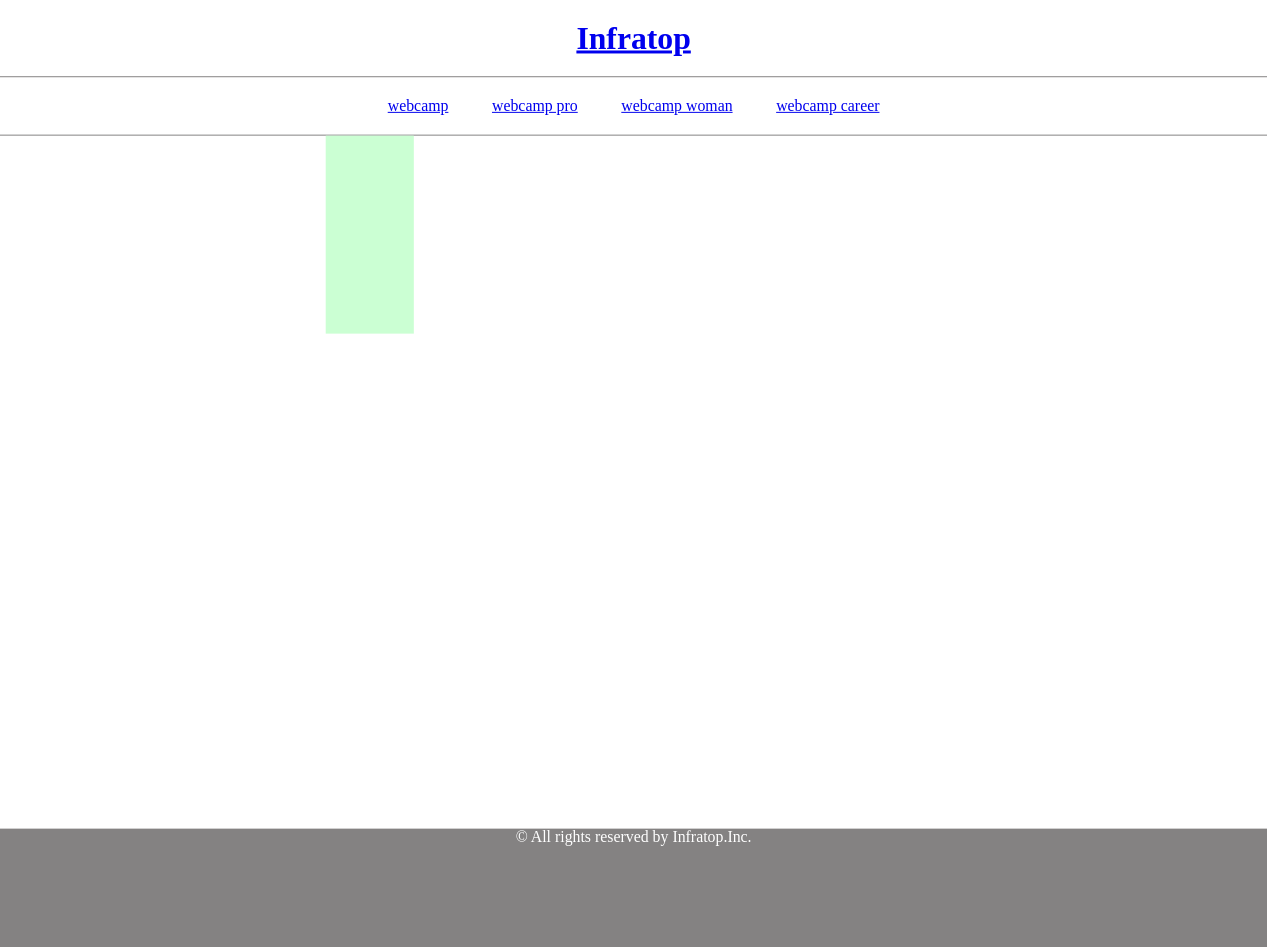
Repository: ryosei-110/HTML-CSS-
Page: 1-5exercise/index.html
The author's editor kept a record of every edit. The page is drawn from the files as they stood at one moment, then again after the next edit.
The browser window is 1280 px wide. The pictures show the whole page, at 99% of full size.

Above is the page before.

### 1-5exercise/index.html
<!DOCTYPE html>
<html lang="ja">
  <head>
    <meta charset="UTF-8" />
    <!-- CSSファイルの読み込み -->
    <link rel="stylesheet" href="style.css" />
    <title>Infratop</title>
  </head>

  <body>
    <header>
      <h1>
        <a href="https://infratop.jp ">Infratop</a>
      </h1>
    </header>

    <nav>
      <ul class="nav-list">
         <li class="nav-list-item">
          <a href="index.html">webcamp</a>
        </li>
        <li class="nav-list-item">
          <a href="index.html">webcamp pro</a>
          </li>
        <li class="nav-list-item">
          <a href="index.html">webcamp woman</a>
          </li>
        <li class="nav-list-item">
          <a href="index.html">webcamp career</a>
          </li>
      </ul>
    </nav>

    <div class="main">
      <div class="box1"></div>
      <div class="box2"></div>
      <div class="box3"></div>
      <div class="box4"></div>
      <div class="box5"></div>
      <div class="box6"></div>
      <div class="box7"></div>
      <div class="box8"></div>
      <div class="box9"></div>
    </div>

    <footer>
      <p class="footer-text">© All rights reserved by Infratop.Inc.</p>
    </footer>
  </body>
  </html>

### 1-5exercise/style.css
/* ブラウザがそれぞれ持っているCSSをリセットするための記述 */
* {
  margin: 0;
  padding: 0;
  box-sizing: border-box;
}

header {
  width: 100%;
  padding:20px 0;
  text-align: center;
}

.nav-list {
  padding: 20px;
  margin: 0 auto;
  text-align :center;
  border-bottom: 1px solid #848282;
  border-top: 1px solid #848282;
}

.nav-list-item {
list-style: none;
display: inline-block;
margin: 0 20px;
}

.main {
width: 800px;
height: 700px;
display: Flex;
justify-content: center;
margin: 0 auto; /* 中央寄せ（左右に余白がないとできない） */
}

.box1 {
  width: 200px;
  height: 200px;
  background-color: : #e6ffe9;
}

.box2 {
  width: 200px;
  height: 200px;
  background-color: #cbffd3;
}

.box3 {
  width: 200px;
  height: 200px;
  color: #aeffbd;
}

.box4 {
  width: 200px;
  height: 200px;
  color: #93ffab;
}

.box5 {
  width: 200px;
  height: 200px;
  color: #f3ffd8;
}

.box6 {
  width: 200px;
  height: 200px;
  color: #edffbe;
}

.box7 {
  width: 200px;
  height: 200px;
  color: #e9ffa5;
}

.box8 {
  width: 200px;
  height: 200px;
  color: #e4ff8d;
}

.box9 {
  width: 200px;
  height: 200px;
  color: #d9e5ff;
}

.box10 {
  width: 200px;
  height: 200px;
  color: #bad3ff;
}

.box11 {
  width: 200px;
  height: 200px;
  color: #a4c6ff;
}

.box12 {
  width: 200px;
  height: 200px;
  color: #84b8ff;
}

footer {
width: 100%;
height: 120px;
background-color: #848282;
}

.footer-text {
  text-align: center;
  color: #FFF;
}

After the next edit:
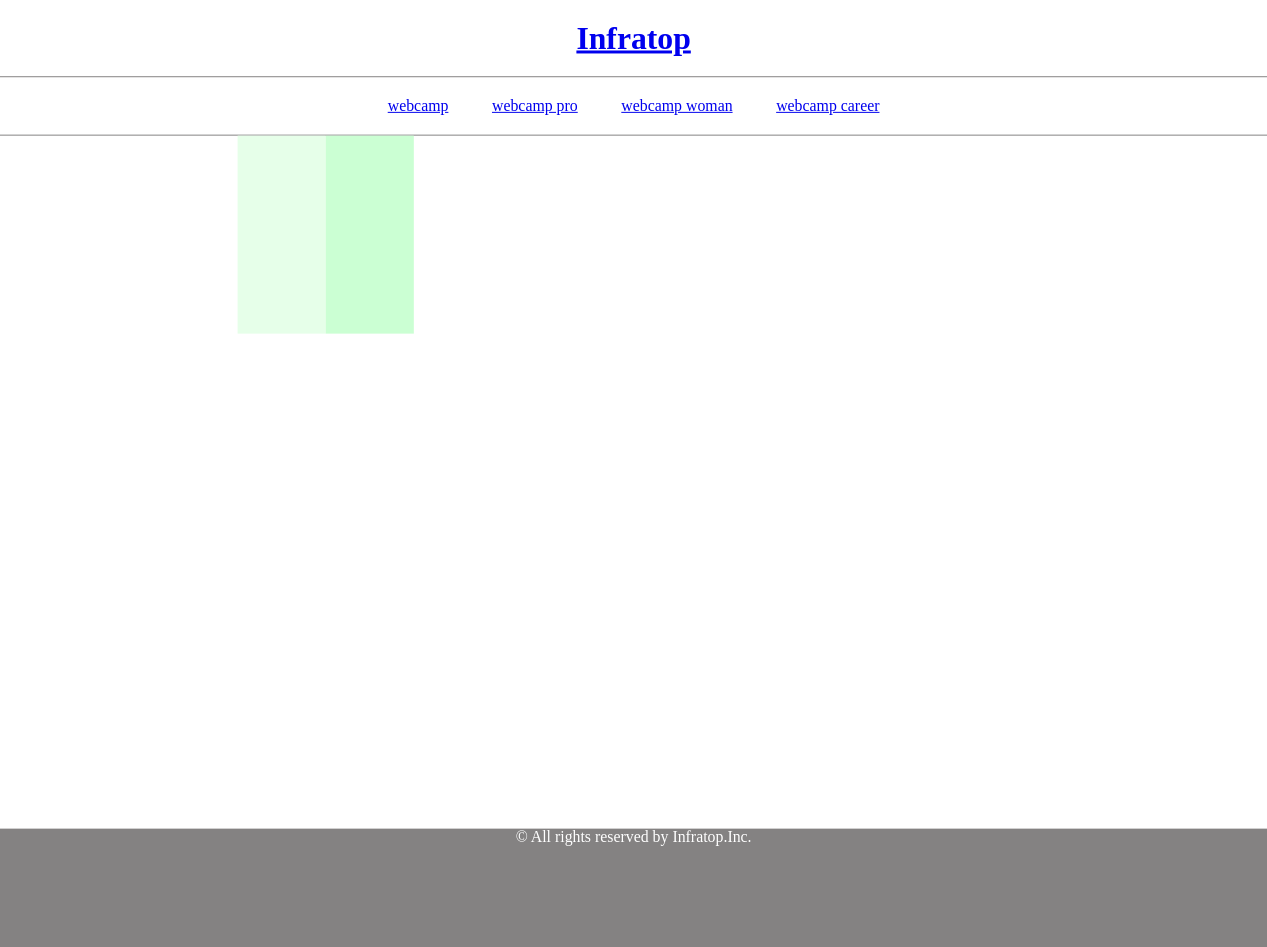
The edit:
--- a/1-5exercise/style.css
+++ b/1-5exercise/style.css
@@ -36,7 +36,7 @@
 .box1 {
   width: 200px;
   height: 200px;
-  background-color: : #e6ffe9;
+  background-color: #e6ffe9;
 }
 
 .box2 {
